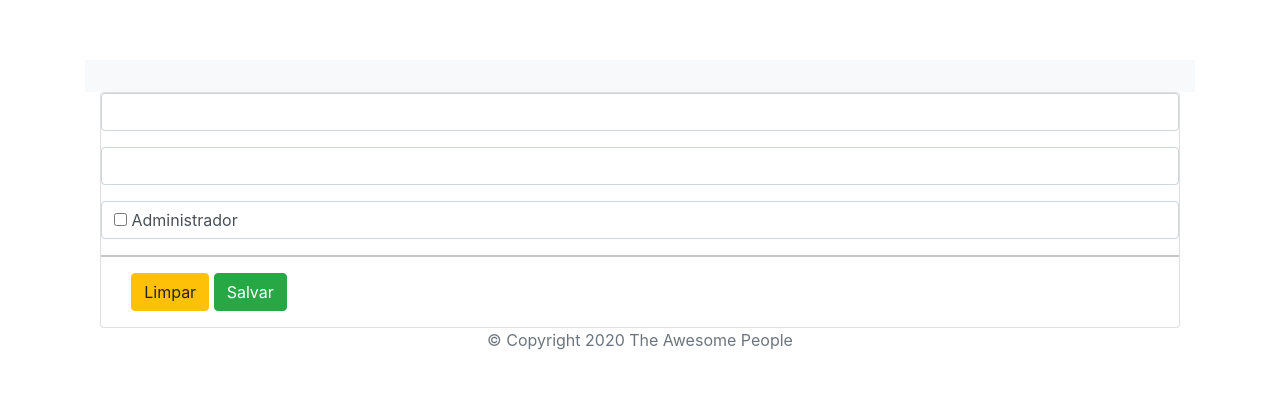
Repository: ClaytonEduard/cartaodeponto
Page: http://localhost/
These files come from the project's save history. The page is drawn as it stood at one moment and after the next save; the edit follows.
The browser window is 1280 px wide. The pictures show the whole page.
Some web libraries are served in a nearby version. The page is served by the project's Node server (app.js).

Above is the page before, as saved 2022-04-11 16:48:01.

After the next save:
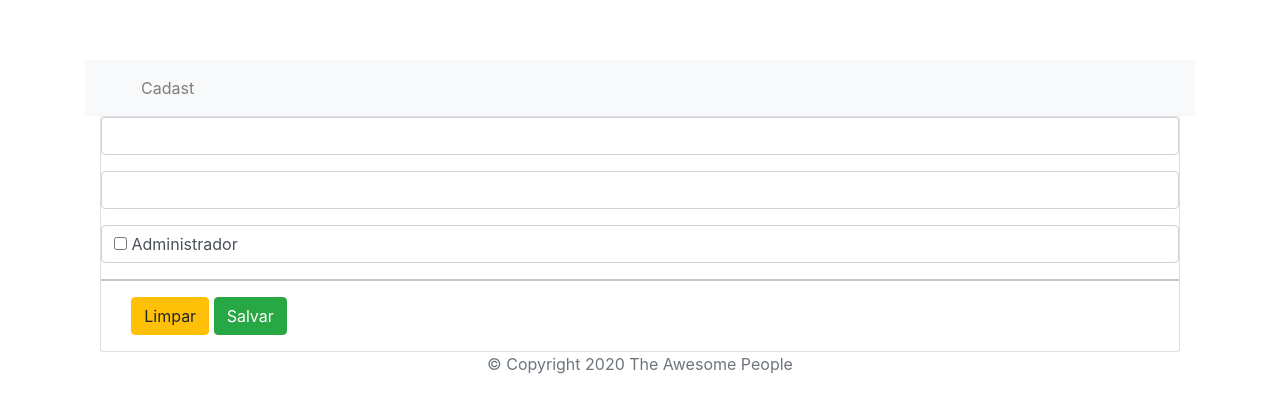
Saved 2 min 34 s later.
--- a/views/partials/header.ejs
+++ b/views/partials/header.ejs
@@ -1,11 +1,11 @@
 <nav class="navbar navbar-expand-lg navbar-light bg-light">
-  <a class="navbar-brand" href="/"></a>
-  <ul class="navbar-nav mr-auto">
-    <li class="nav-item">
-      <a class="nav-link" href="/"></a>
-    </li>
-    <li class="nav-item">
-      <a class="nav-link" href=""></a>
-    </li>
-  </ul>
+    <a class="navbar-brand" href="/"></a>
+    <ul class="navbar-nav mr-auto">
+        <li class="nav-item">
+            <a class="nav-link" href="/"></a>
+        </li>
+        <li class="nav-item">
+            <a class="nav-link" href="">Cadast</a>
+        </li>
+    </ul>
 </nav>
